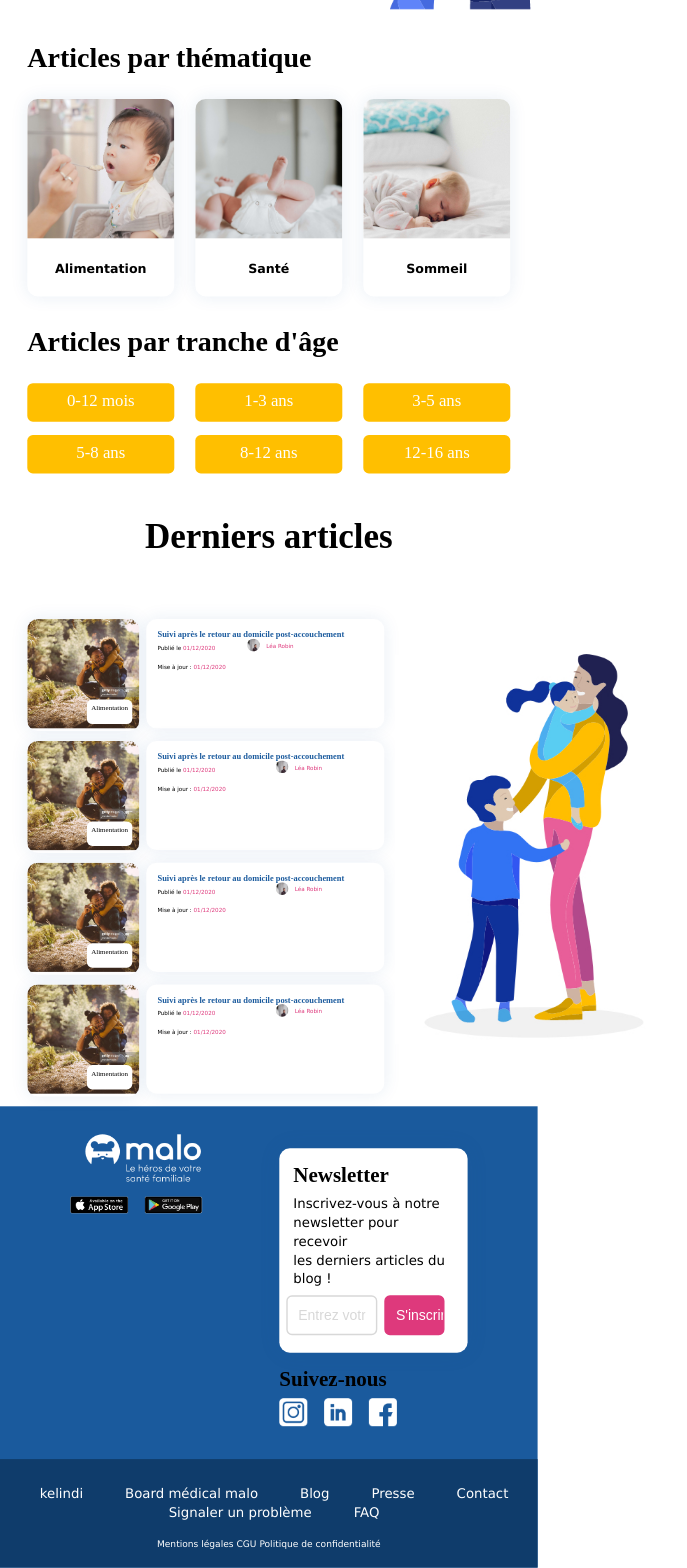
Repository: carbone-dev/keli-malo
Page: blog.html
These files come from the project's save history. The page is drawn as it stood at one moment and after the next save; the edit follows.
The browser window is 768 px wide. The page is 981 px wide, so the pictures cover 981 px, including what lies to the right of the window. The pictures show the part of the page from y = 448 to 2688 px (the page is 2688 px tall), at 70% of full size.

Above is the page before, as saved 2020-12-11 11:31:42.

After the next save:
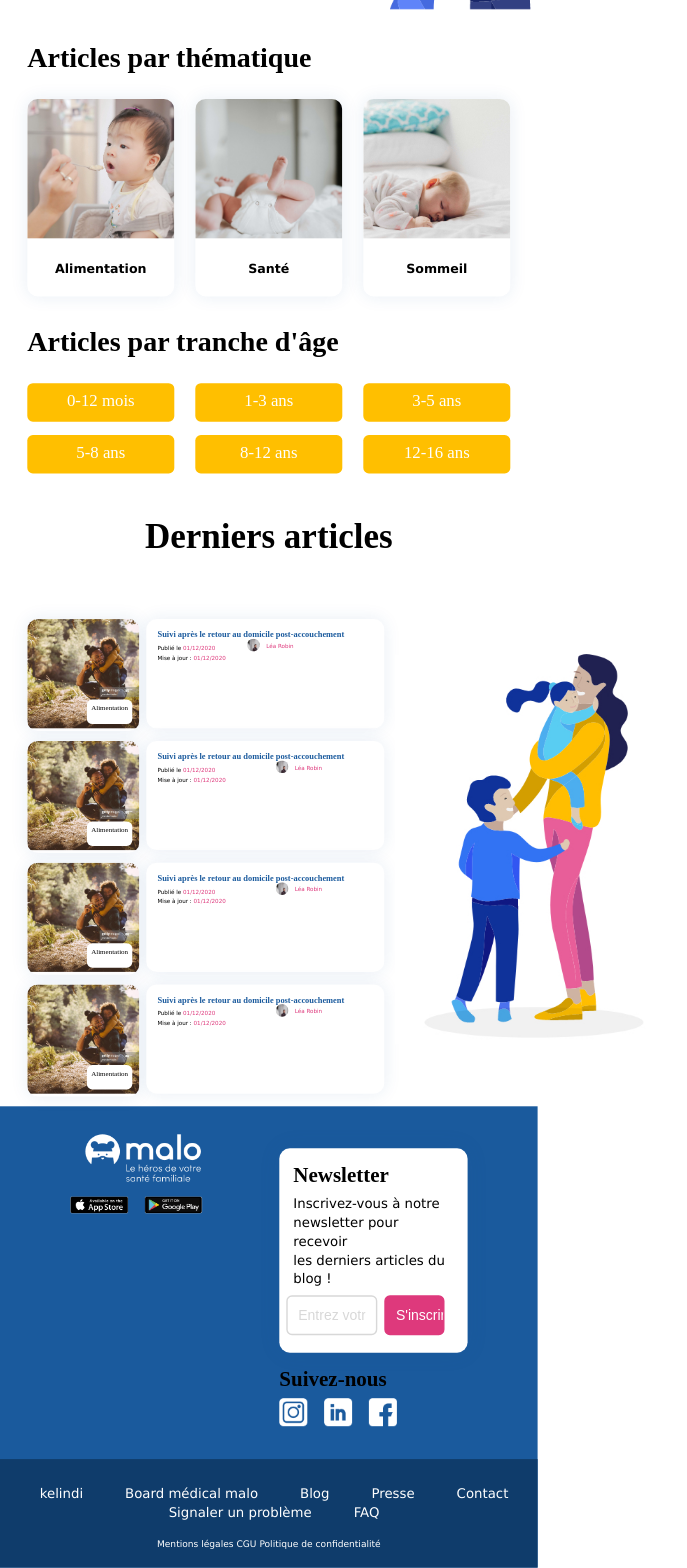
Saved 79 s later.
--- a/css/blog.css
+++ b/css/blog.css
@@ -106,6 +106,7 @@
   }
   .blog-content p {
     font-size: 8px !important;
+    height: 14px;
   }
 
   .blog-content span {
